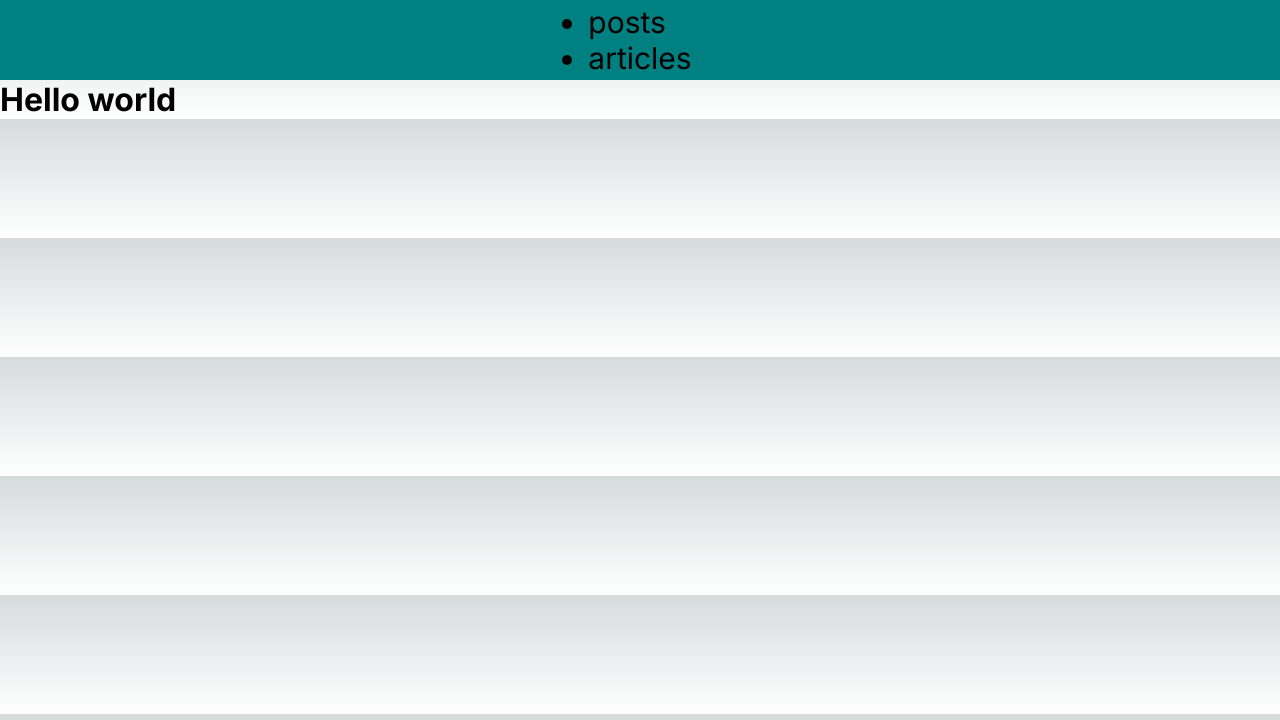
Repository: abdulrahmanmahmood/The-first-Next-js-app
Page: /
The author's editor kept a copy of each file at every save. The page is drawn from the files as they stood at one save, then again after a run of saves.
The browser window is 1280 px wide. The pictures show the whole page.
The project was rebuilt for these pictures with package versions that can differ from the ones it lists, and the page was loaded fresh each time. The framework's server and built-in components were replaced by stand-ins that run in the browser. Also part of the build but not shown: next.config.js, app/page.module.css.

Above is the page before, as saved 2023-10-29 23:23:19.

### app/layout.js
import { Inter } from "next/font/google";
import "./globals.css";
import Link from "next/link";

const inter = Inter({ subsets: ["latin"] });

export const metadata = {
  title: "Create Next App",
  description: "Generated by create next app",
};

export default function RootLayout({ children }) {
  return (
    <html lang="en">
      <body className={inter.className}>
        <nav
          style={{
            width: "100%",
            background: "teal",
            fontSize: "30px",
            height: "80px",
            display: "flex",
            // flexDirection:"row",
            justifyContent:"center",
            alignItems:"center"
          }}
        >
          <ul >
            <li>
              <Link href="/posts">posts</Link>
            </li>
            <li>
              <Link href="/articles">articles</Link>
            </li>
          </ul>
        </nav>
        {children}
      </body>
    </html>
  );
}

### app/page.js
import Image from 'next/image'
import styles from './page.module.css'

export default function Home() {
  return (
    <div>
      <h1>Hello world</h1>
    </div>
  )
}

Loaded but not shown: app/globals.css (common file)

After the next 2 saves:
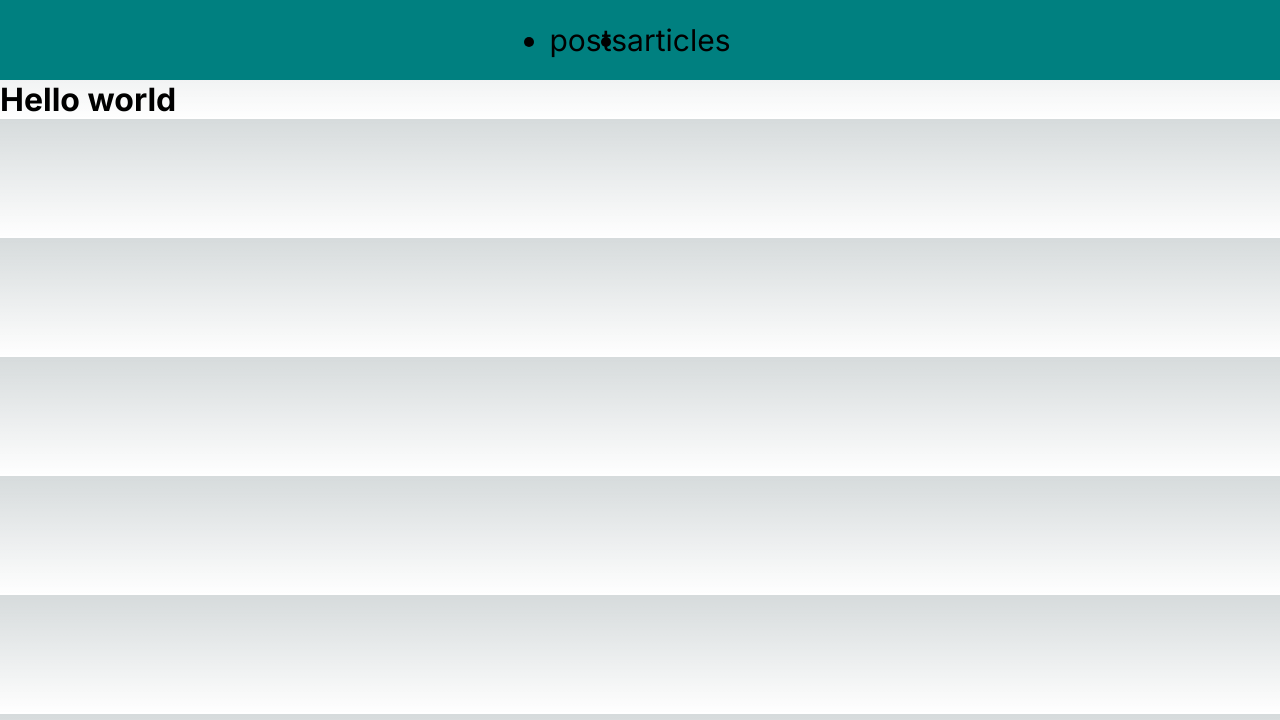
The 2 saves are shown as one change because they came seconds apart.
The last was saved 14 s later.
--- a/app/layout.js
+++ b/app/layout.js
@@ -25,7 +25,16 @@ export default function RootLayout({ children }) {
             alignItems:"center"
           }}
         >
-          <ul >
+          <ul            style={{
+            width: "100%",
+            background: "teal",
+            fontSize: "30px",
+            height: "80px",
+            display: "flex",
+            flexDirection:"row",
+            justifyContent:"center",
+            alignItems:"center"
+          }}>
             <li>
               <Link href="/posts">posts</Link>
             </li>
